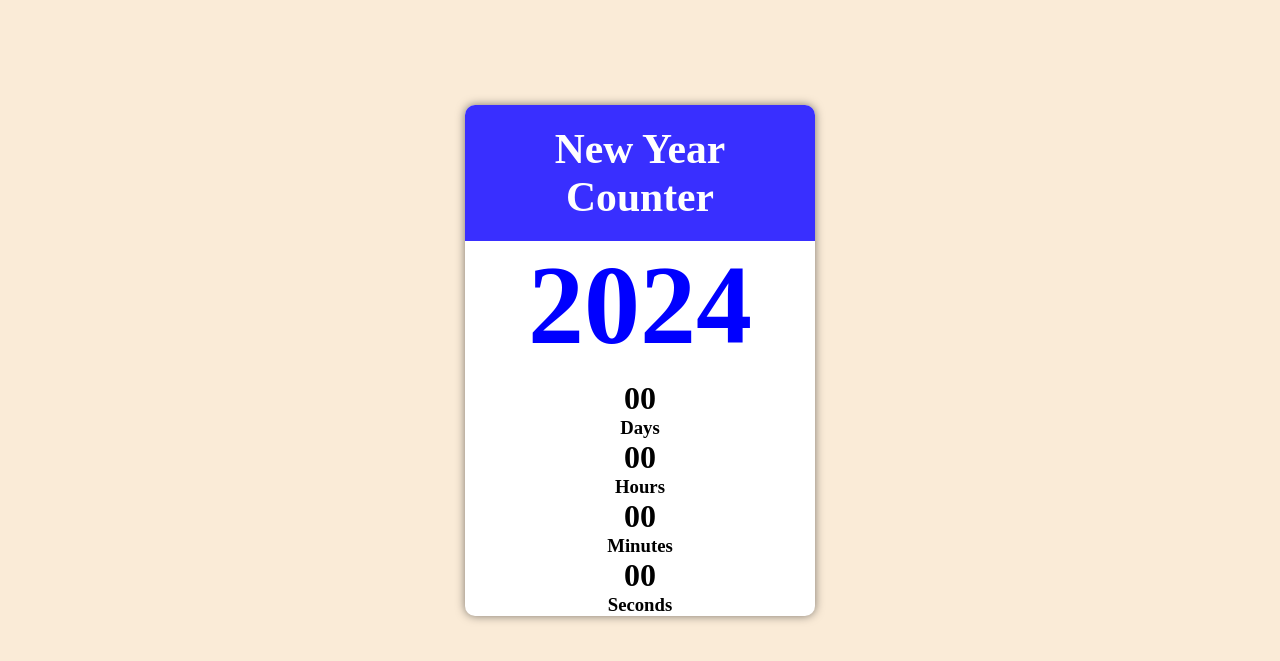
Repository: JunaidAnsari202/New-Year-counter
Page: index.html
The author's editor kept a copy of each file at every save. The page is drawn from the files as they stood at one save, then again after a run of saves.
The browser window is 1280 px wide. The pictures show the whole page.

Above is the page before, as saved 2024-11-13 15:29:29.
Console error: SyntaxError: Unexpected end of input

### index.html
<!DOCTYPE html>
<html lang="en">
<head>
    <meta charset="UTF-8">
    <meta name="viewport" content="width=device-width, initial-scale=1.0">
    <title>New Year Counter</title>
    <link rel="stylesheet" href="style.css">

</head>
<body>
    <div class="container">
        <div class="header">
            <h1>New Year Counter</h1>
        </div>
        <div class="next-year">
            <h1 id="next-year">2024</h1>
        </div>

        <div class="counter">
           <div class="days">
            <h1 id="days">00</h1>
            <h3>Days</h3>
           </div>

           <div class="hours">
            <h1 id="hours">00</h1>
            <h3>Hours</h3>
           </div>

           <div class="minutes">
            <h1 id="minutes">00</h1>
            <h3>Minutes</h3>
           </div>

           <div class="seconds">
            <h1 id="seconds">00</h1>
            <h3>Seconds</h3>
           </div>
        </div>
    </div>

    <script src="script.js"></script>
</body>
</html>

### style.css
*{
    margin: 0;
    padding: 0;
    box-sizing: border-box;
}

body{
    background-color: antiquewhite;
    display: flex;
    justify-content: center;
    align-items: center;
    height: 100vh;
}

.container{
    background-color: white;
    width: 350px;
    border-radius: 10px;
    text-align: center;
    box-shadow:0 0 10px 0 rgba(0 , 0, 0, 0.5) ;
}

.header{
    background-color: rgb(57, 47, 255);
    padding: 20px;
    border-top-left-radius: 10px;
    border-top-right-radius: 10px;
    color: white;
    font-size: 1.3rem;
}

.next-year{
    font-size:3.5rem ;
    font-weight: bold;
    color: blue;
    margin-bottom: 10px;
}

.counter

Loaded but not shown: script.js (common file)

After the next 8 saves:
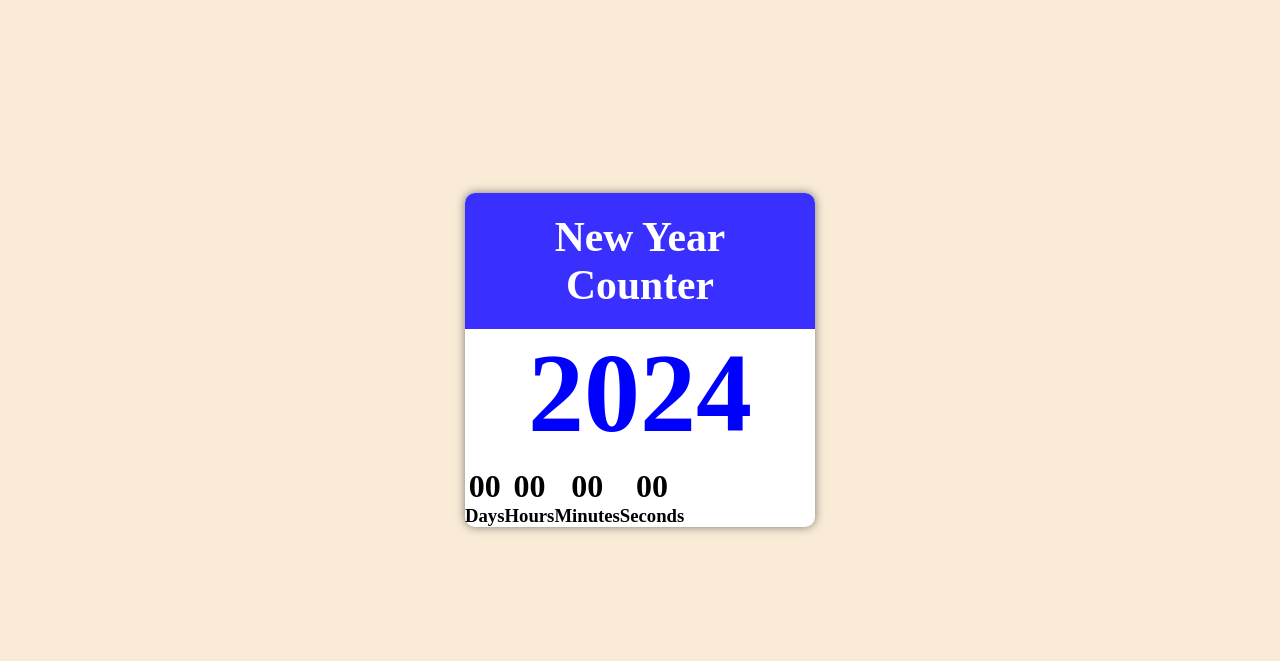
The 8 saves are shown as one change because they came seconds apart.
The last was saved 15 s later.
--- a/style.css
+++ b/style.css
@@ -36,4 +36,7 @@ body{
     margin-bottom: 10px;
 }
 
-.counter
+.counter{
+    display: flex;
+    justify-content: ;
+}
